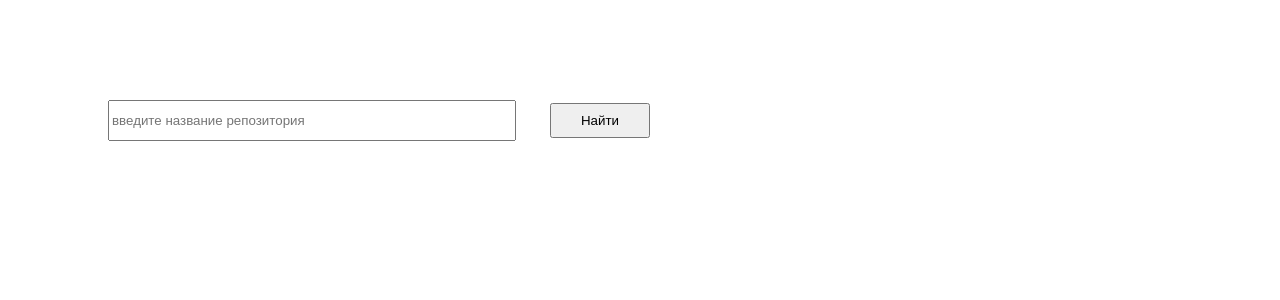
Repository: Grid-Master/repositoriesSearch
Page: index.html
An editor plug-in stored every save of this project. The page is shown before and after the next save, followed by the edit.
The browser window is 1280 px wide. The pictures show the whole page.

Above is the page before, as saved 2023-03-06 00:57:14.

After the next save:
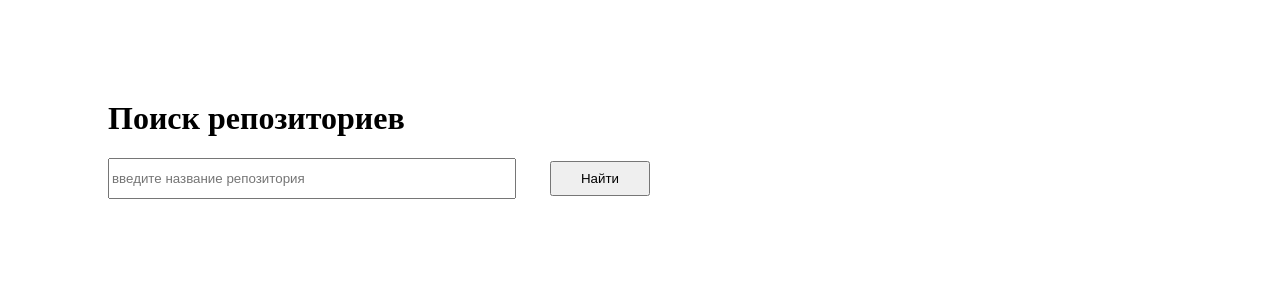
Saved 62 s later.
--- a/index.html
+++ b/index.html
@@ -39,6 +39,7 @@
   </head>
   <body>
     <form id="form" onsubmit="searchRepositories(); return false">
+      <h1>Поиск репозиториев</h1>
       <input id="reposName" type="text" placeholder="введите название репозитория" />
       <button type="submit">Найти</button>
     </form>
